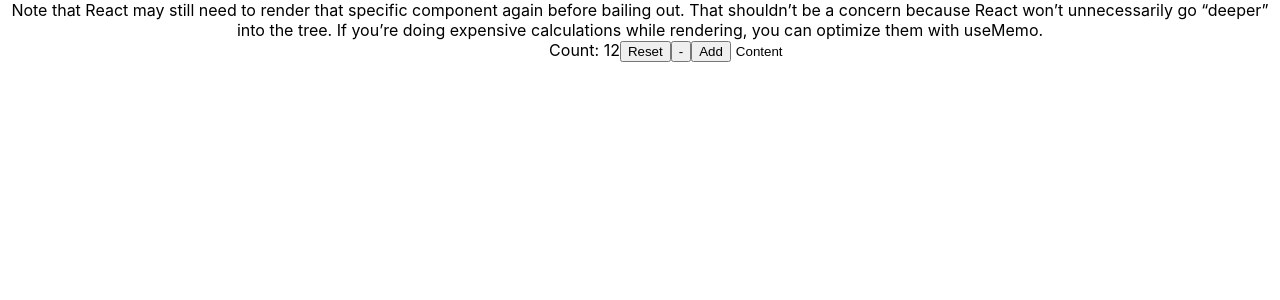
Repository: Farbod29/React-text-highlighter-with-hook-
Page: /
These files come from the project's save history. The page is drawn as it stood at one moment and after the next save; the edit follows.
The browser window is 1280 px wide. The pictures show the whole page.
The project was rebuilt for these pictures with package versions that can differ from the ones it lists, and the page was loaded fresh each time.

Above is the page before, as saved 2022-02-18 20:51:12.

### src/App.js
import './App.css';
import Highlighter from './highlighter';
function App() {
  return (
    <div className="App">
      <Highlighter />
    </div>
  );
}

export default App;

### src/highlighter.js
import React, { useEffect, useState } from 'react';

export default function Highlighter() {
  let doit = () => {
    document.onmouseup = () => {
      console.log(window.getSelection().toString());
    };
  };
  const [count, setCount] = useState(12);
  return (
    <>
      <div>
        {' '}
        Note that React may still need to render that specific component again
        before bailing out. That shouldn’t be a concern because React won’t
        unnecessarily go “deeper” into the tree. If you’re doing expensive
        calculations while rendering, you can optimize them with useMemo.
      </div>
      Count: {count}
      <button onClick={() => setCount(12)}>Reset</button>
      <button onClick={() => setCount((prevCount) => prevCount - 1)}>-</button>
      <button onClick={() => setCount((prevCount) => prevCount + 1)}>
        <div
          style={{
            padding: '0px 10px',
            position: 'fixed',
            height: '50px',
            width: '100px',
            backgroundColor: '#gF3FFF',
          }}
        >
          Content
        </div>
        Add{' '}
      </button>
      {doit()}
    </>
  );
}

Loaded but not shown: public/index.html (common file); src/index.js (common file); src/index.css (common file); src/reportWebVitals.js (common file); src/App.css (common file)

After the next save:
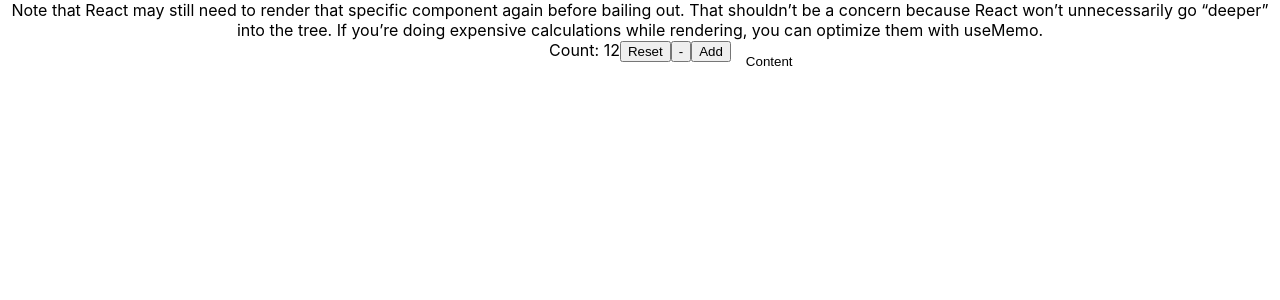
Saved 26 s later.
--- a/src/highlighter.js
+++ b/src/highlighter.js
@@ -26,6 +26,7 @@ export default function Highlighter() {
             position: 'fixed',
             height: '50px',
             width: '100px',
+            margin: '10px',
             backgroundColor: '#gF3FFF',
           }}
         >
